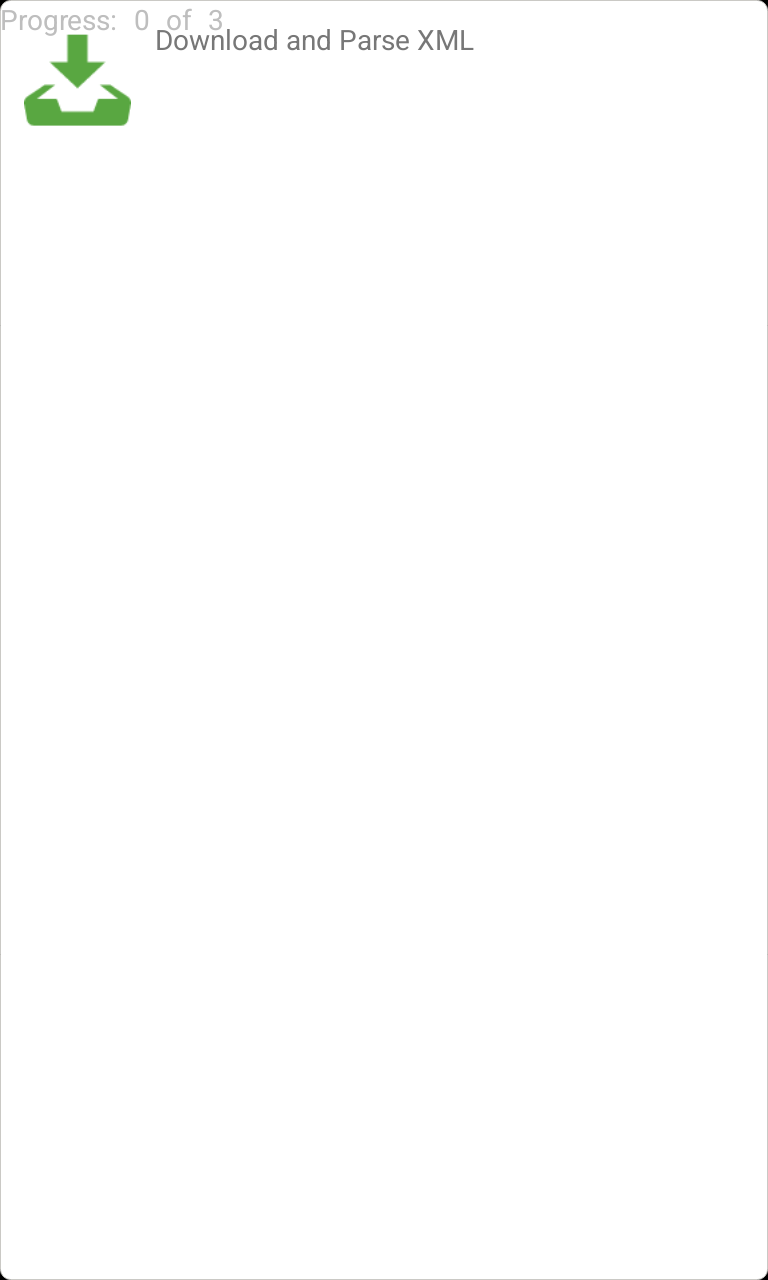
Repository: easyCZ/UoE-Projects
Layout: UG3-SELP/res/layout/download_and_parse.xml
An editor plug-in stored every save of this project. The layout is shown before and after the next save, followed by the edit.
It is drawn on a 768 x 1280 px phone screen (xhdpi) without system bars, with theme android:Theme.Black.NoTitleBar; the app's code is not run.

Above is the layout before, as saved 2013-12-06 16:12:31.

After the next save:
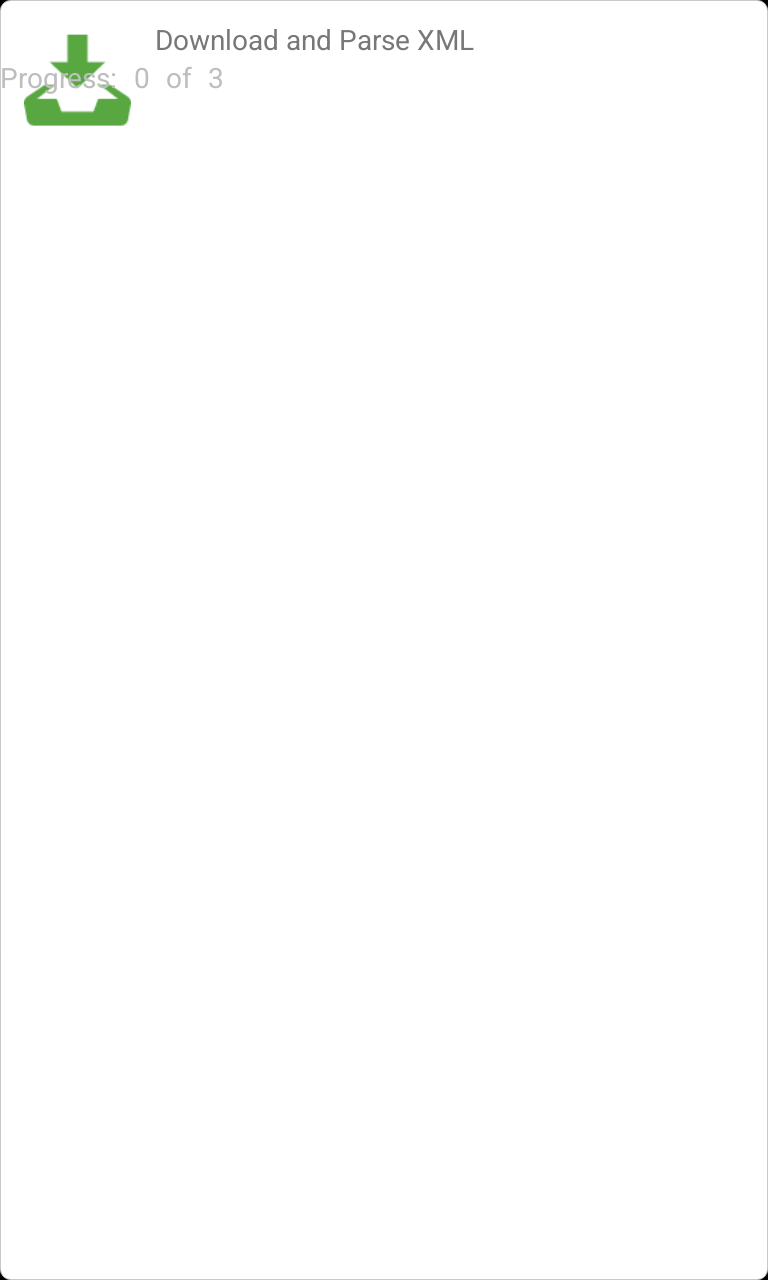
Saved 6 s later.
--- a/UG3-SELP/res/layout/download_and_parse.xml
+++ b/UG3-SELP/res/layout/download_and_parse.xml
@@ -34,7 +34,7 @@
         android:layout_height="wrap_content"
         android:orientation="horizontal"
         android:layout_alignLeft="@+id/downloadAndParseIcon"
-        android:layout_below="@+id/textView1">
+        android:layout_below="@+id/downloadAndParseTitle">
 
         <TextView
 	        android:id="@+id/textView2"
